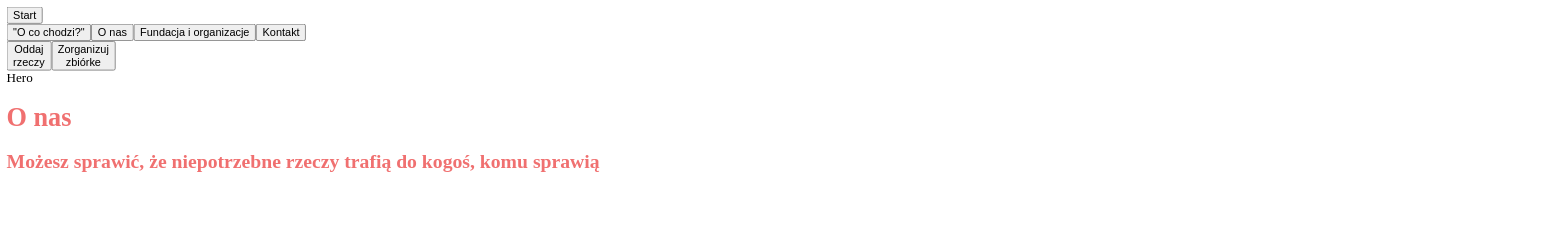
Repository: czaczula/projektstart
Page: /
The author's editor kept a copy of each file at every save. The page is drawn from the files as they stood at one save, then again after a run of saves.
The browser window is 1280 px wide. The page is 1908 px wide, so the pictures cover 1908 px, including what lies to the right of the window. The pictures show the whole page, at 82% of full size.
The project was rebuilt for these pictures with package versions that can differ from the ones it lists, and the page was loaded fresh each time. Also part of the build but not shown: src/components/ThreeColumns/_ThreeColumns.scss, src/components/Nav/_Nav.scss, src/components/Register/Register.js, src/components/LogIn/LogIn.js, src/components/Register/LogOut.js.

Above is the page before, as saved 2021-03-22 19:03:48.

### src/components/Home/Home.js
import React from 'react';
import ThreeColumns from "../ThreeColumns/ThreeColumns";
import LittleDo from "../LittleDo/LittleDo";
import WhoWeHelp from '../WhoWeHelp/WhoWeHelp';
import ContactUs from '../ContactUS/ContactUs.js';
import AboutUs from '../AboutUs/AboutUs.js';
import Footer from '../Footer/Footer.js';
import Nav from '../Nav/Nav.js';


// function App() {
//   return (
//     <div style={{ backgroundImage: `url(${background})` }}>
//       Hello World
//     </div>
//   );
// }

// export default App;
export default function Home() {
    return (
        <>

        <div>

</div>
            <Nav/>
            <ThreeColumns/>
            <LittleDo/>
            <WhoWeHelp/>
            <AboutUs/>
            <ContactUs/>
            <Footer/>
        </>
    );
}

### src/components/ThreeColumns/ThreeColumns.js
import React from 'react'
import '../ThreeColumns/_ThreeColumns.scss';

export default function ThreeColumns() {
    return (
        <div>
            Hero

        </div>
    )
}

### src/components/LittleDo/LittleDo.js
import React from 'react'

export default function LittleDo() {
    return (
        <div>

        </div>
    )
}

### src/components/WhoWeHelp/WhoWeHelp.js
import React from 'react'

export default function WhoWeHelp() {
    return (
        <div>

        </div>
    )
}

### src/components/ContactUS/ContactUs.js
import React from 'react'

export default function ContactUs() {
    return (
        <div>

        </div>
    )
}

### src/components/AboutUs/AboutUs.js
import React from 'react';
import './_AboutUs.scss';

const AboutUs = () => {
    return (
        <div className='AboutUsContainer' id='AboutUs'>
            <div className='AboutUsScr'>
            <h1>O nas</h1>
            <div className='AboutUsDec'/>
            <h2>Możesz sprawić, że niepotrzebne rzeczy trafią do kogoś, komu sprawią</h2>
            <div className='AboutUsSig'/>
            </div>
            <div className='AboutUsImg'/>
        </div>
    )
}

export default AboutUs;

### src/components/Nav/Nav.js
import React from 'react';
import HeaderButtons from '../Nav/HeaderButtons';
import NavButtons from '../Nav/NavButtons';

//import { Link } from 'react-scroll';
//import { NavLink } from 'react-router-dom';
// import * as ROUTES from '../Mapofproject/Map.js';
//import Buttons from '../Nav/HeaderButtons';
import './_Nav.scss';


// export default function Nav() {
//     return (
//         <div>
const Layout =({children}) =>{
    return(
        <>
        <container>
        <div>
        <nav><NavButtons/></nav>
        <div></div>
        <div><HeaderButtons/></div>



        </div>
        <main>{children}</main>
        </container>
        </>
    )
}

export default Layout;
//         </div>
//     )
// }

### src/components/AboutUs/_AboutUs.scss
// import '../scss/settings/_colors.scss';

.AboutUsContainer {
    width: 1900px;
    color: #F07070;

}

.AboutUs
            .AboutUsScr
            .AboutUsDec
            .AboutUsSig
            .AboutUsImg {
            background-image: '../../a';
        }

### src/components/Nav/HeaderButtons.js
import React from 'react';
//import ReactDOM from 'react-dom';

const Buttons = () => (
    <>
    <button className='HeaderButton1'>Oddaj<br/>rzeczy</button>
    <button className='HeaderButton2'>Zorganizuj <br/>zbiórke</button>
    </>
)

export default Buttons;

### src/components/Nav/NavButtons.js
import React from 'react';

//import ReactDOM from 'react-dom';

const NavButtons = () => (
    <>
    <div>
    <button className='NavButton1'>Start</button>
    {/* <Link to="/home">Start</Link> */}
    </div>
    <button className='NavButton2'>"O co chodzi?"</button>
    <button className='NavButton3'>O nas</button>
    <button className='NavButton4'>Fundacja i organizacje</button>
    <button className='NavButton5'>Kontakt</button>
    </>
)

export default NavButtons;

Loaded but not shown: public/index.html (common file); src/index.js (common file); src/App.js (common file); src/components/Footer/Footer.js (common file); src/components/LogIn/_LogIn.scss (no stored copy; drawn as an empty file); src/components/Register/_LogOut.scss (no stored copy; drawn as an empty file)

After the next 3 saves:
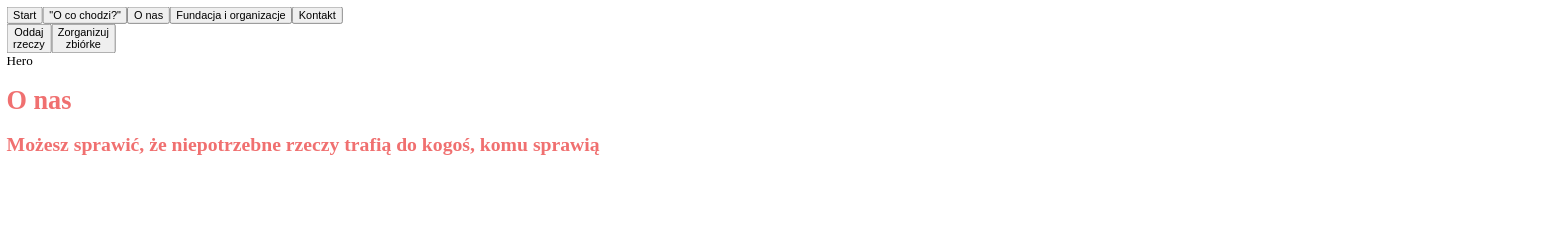
The 3 saves are shown as one change because 1 did not build or start and some came seconds apart.
The last was saved 67 s later.
--- a/src/components/Nav/NavButtons.js
+++ b/src/components/Nav/NavButtons.js
@@ -4,10 +4,7 @@ import React from 'react';
 
 const NavButtons = () => (
     <>
-    <div>
     <button className='NavButton1'>Start</button>
-    {/* <Link to="/home">Start</Link> */}
-    </div>
     <button className='NavButton2'>"O co chodzi?"</button>
     <button className='NavButton3'>O nas</button>
     <button className='NavButton4'>Fundacja i organizacje</button>
